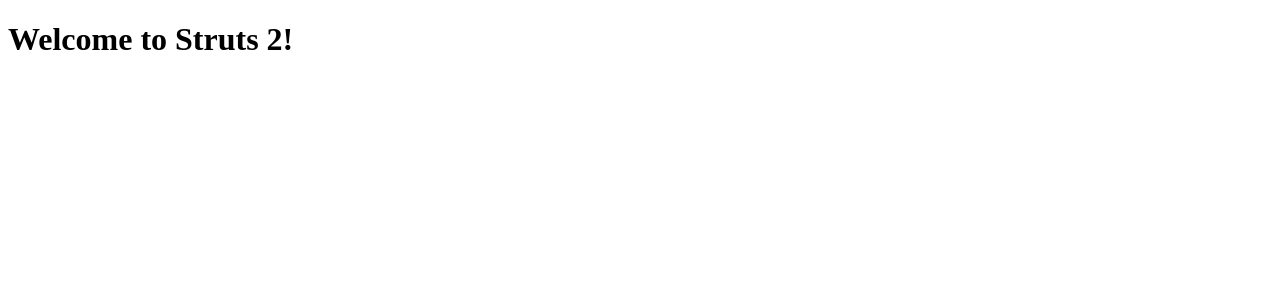
Repository: oliverwreath/java_camp_for_ecommerce
Page: http://localhost/Copy_of_ERP_XD/
These files come from the project's save history. The page is drawn as it stood at one moment and after the next save; the edit follows.
The browser window is 1280 px wide. The pictures show the whole page.
The page is served by Tomcat 9. Other server files are loaded and not shown.

Above is the page before, as saved 2014-04-05 16:03:20.

### workspace/Copy of ERP_XD/WebContent/index.jsp
<%@ page language="java" contentType="text/html; charset=UTF-8"
    pageEncoding="UTF-8"%>
<!DOCTYPE html PUBLIC "-//W3C//DTD HTML 4.01 Transitional//EN" "http://www.w3.org/TR/html4/loose.dtd">
<html>
	<head>
		<meta http-equiv="Content-Type" content="text/html; charset=UTF-8">
		<title>Insert title here</title>
	</head>
	<body>
		<h1>Welcome to Struts 2!</h1>
		<form>

		</form>
	</body>
</html>

After the next save:
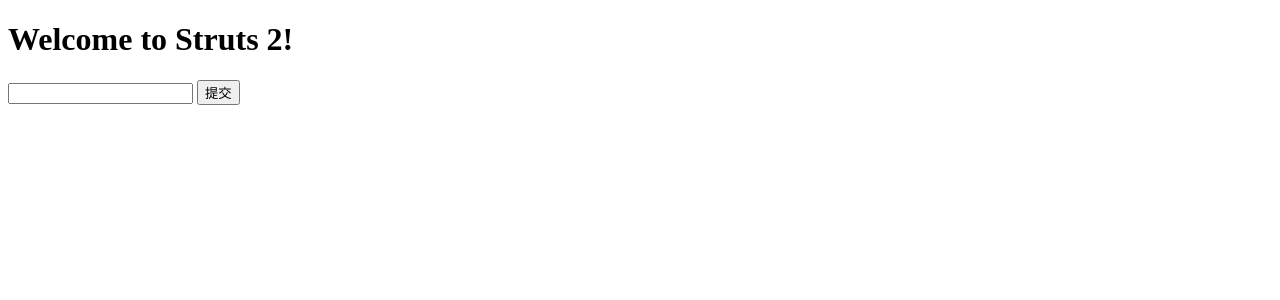
Saved 41 s later.
--- a/workspace/Copy of ERP_XD/WebContent/index.jsp
+++ b/workspace/Copy of ERP_XD/WebContent/index.jsp
@@ -9,7 +9,8 @@
 	<body>
 		<h1>Welcome to Struts 2!</h1>
 		<form>
-
+			<input type="text">
+			<input type="submit" value="提交">
 		</form>
 	</body>
 </html>
